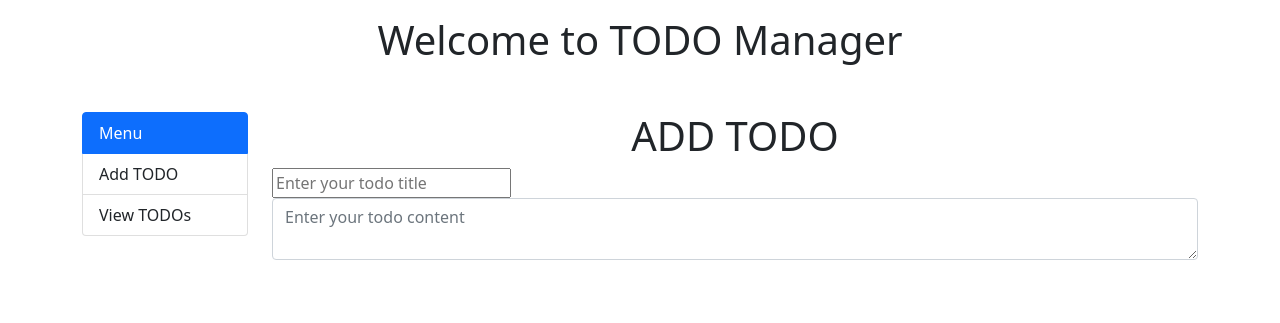
Repository: Tanmoy4672/Hibernate
Page: http://localhost/SpringMVCProject/add
An editor plug-in stored every save of this project. The page is shown before and after a run of saves, followed by the edit.
The browser window is 1280 px wide. The pictures show the whole page.
The page is served by Tomcat 9. Other server files are loaded and not shown.

Above is the page before, as saved 2021-12-20 00:10:40.

### SpringMVCProject/src/main/webapp/WEB-INF/pages/home.jsp
<%@ page language="java" contentType="text/html; charset=ISO-8859-1"
	pageEncoding="ISO-8859-1"%>

<%@ taglib prefix="form" uri="http://www.springframework.org/tags/form"%>
<%@ taglib uri="http://java.sun.com/jsp/jstl/core" prefix="c"%>
<%@page isELIgnored="false"%>
<!doctype html>
<html lang="en">
<head>
<!-- Required meta tags -->
<meta charset="utf-8">
<meta name="viewport" content="width=device-width, initial-scale=1">

<!-- Bootstrap CSS -->
<link
	href="https://cdn.jsdelivr.net/npm/bootstrap@5.0.2/dist/css/bootstrap.min.css"
	rel="stylesheet"
	integrity="sha384-EVSTQN3/azprG1Anm3QDgpJLIm9Nao0Yz1ztcQTwFspd3yD65VohhpuuCOmLASjC"
	crossorigin="anonymous">

<title><c:out value="${page }"></c:out></title>
</head>
<body>
	<div class="container mt-3">
		<h1 class="text-center">Welcome to TODO Manager</h1>
		<div class="row mt-5">

			<div class="col-md-2">
				<div class="list-group">
					<button type="button"
						class="list-group-item list-group-item-action active"
						aria-current="true">Menu</button>
					<a href="<c:url value='/add'></c:url>"
						class="list-group-item list-group-item-action">Add TODO</a> <a
						href="<c:url value='/home'></c:url>"
						class="list-group-item list-group-item-action">View TODOs</a>
				</div>
			</div>
			<div class="col-md-10">
				<c:if test="${page=='home' }">
					<h1 class="text-center">All TODOS</h1>
				</c:if>
				<c:if test="${page=='add' }">
					<h1 class="text-center">ADD TODO</h1>

					<form:form action="/saveTodo" method="POST" modelAttribute="todo">
						<div class="form-group">
							<form:input path="todoTitle" cssClass="from-control"
								placeholder="Enter your todo title" />
						</div>
						<div class="form-group">
						<form:textarea path="todoContent" cssClass="form-control" placeholder="Enter your todo content"/>
							</div>
					</form:form>
				</c:if>


			</div>
		</div>
	</div>


















	<!-- Optional JavaScript; choose one of the two! -->

	<!-- Option 1: Bootstrap Bundle with Popper -->
	<script
		src="https://cdn.jsdelivr.net/npm/bootstrap@5.0.2/dist/js/bootstrap.bundle.min.js"
		integrity="sha384-MrcW6ZMFYlzcLA8Nl+NtUVF0sA7MsXsP1UyJoMp4YLEuNSfAP+JcXn/tWtIaxVXM"
		crossorigin="anonymous"></script>

	<!-- Option 2: Separate Popper and Bootstrap JS -->

	<script
		src="https://cdn.jsdelivr.net/npm/@popperjs/core@2.9.2/dist/umd/popper.min.js"
		integrity="sha384-IQsoLXl5PILFhosVNubq5LC7Qb9DXgDA9i+tQ8Zj3iwWAwPtgFTxbJ8NT4GN1R8p"
		crossorigin="anonymous"></script>
	<script
		src="https://cdn.jsdelivr.net/npm/bootstrap@5.0.2/dist/js/bootstrap.min.js"
		integrity="sha384-cVKIPhGWiC2Al4u+LWgxfKTRIcfu0JTxR+EQDz/bgldoEyl4H0zUF0QKbrJ0EcQF"
		crossorigin="anonymous"></script>

</body>
</html>

### SpringMVCProject/src/main/java/com/entities/Todo.java
package com.entities;

import java.util.Date;

public class Todo {

	private String todoTitle;
	private String todoContent;
	private Date todoDate;


	public Todo(String todoTitle, String todoContent, Date todoDate) {
		super();
		this.todoTitle = todoTitle;
		this.todoContent = todoContent;
		this.todoDate = todoDate;
	}




	public Todo() {
		super();
		// TODO Auto-generated constructor stub
	}




	public String getTodoTitle() {
		return todoTitle;
	}


	public void setTodoTitle(String todoTitle) {
		this.todoTitle = todoTitle;
	}


	public String getTodoContent() {
		return todoContent;
	}


	public void setTodoContent(String todoContent) {
		this.todoContent = todoContent;
	}


	public Date getTodoDate() {
		return todoDate;
	}


	public void setTodoDate(Date todoDate) {
		this.todoDate = todoDate;
	}


	@Override
	public String toString() {
		// TODO Auto-generated method stub
		return this.getTodoTitle()+":"+this.todoContent;
	}


}

After the next 2 saves:
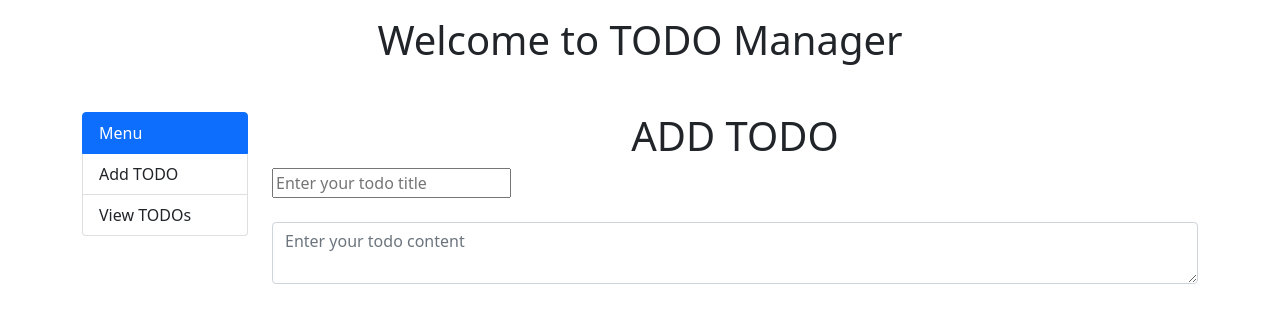
The 2 saves are shown as one change because they came seconds apart.
The last was saved 27 s later.
--- a/SpringMVCProject/src/main/webapp/WEB-INF/pages/home.jsp
+++ b/SpringMVCProject/src/main/webapp/WEB-INF/pages/home.jsp
@@ -48,9 +48,11 @@
 							<form:input path="todoTitle" cssClass="from-control"
 								placeholder="Enter your todo title" />
 						</div>
+						<br>
 						<div class="form-group">
-						<form:textarea path="todoContent" cssClass="form-control" placeholder="Enter your todo content"/>
-							</div>
+							<form:textarea path="todoContent" cssClass="form-control"
+								placeholder="Enter your todo content" />
+						</div>
 					</form:form>
 				</c:if>
 
